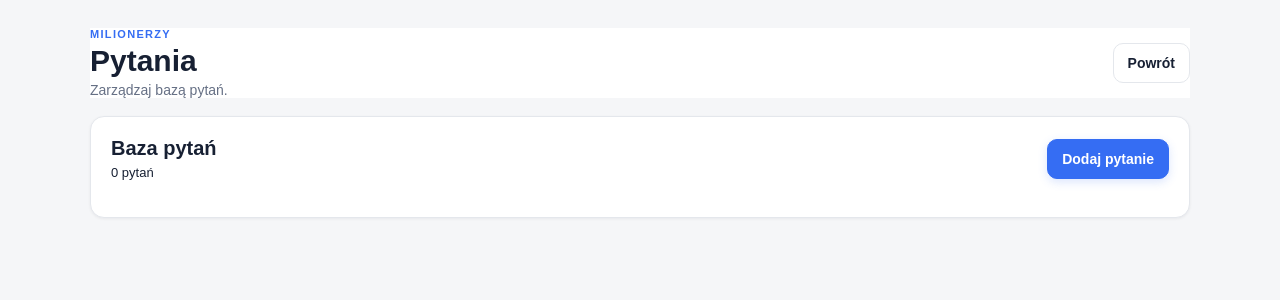
Repository: WaleonGames/HTGMilionerzy
Page: views/questions.html
An editor plug-in stored every save of this project. The page is shown before and after the next save, followed by the edit.
The browser window is 1280 px wide. The pictures show the whole page.

Above is the page before, as saved 2026-09-05 15:44:51.
Console error: TypeError: Cannot read properties of undefined (reading 'questions')

After the next save:
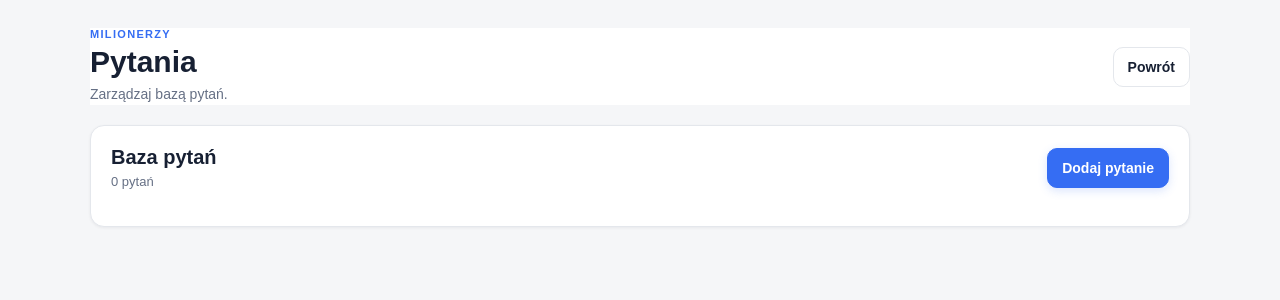
Saved 62 s later.
--- a/views/questions.html
+++ b/views/questions.html
@@ -3,28 +3,30 @@
 <head>
   <meta charset="UTF-8">
   <meta name="viewport" content="width=device-width,initial-scale=1.0">
+
   <title>Milionerzy - Pytania</title>
+
   <link rel="stylesheet" href="../public/css/style.css">
   <link rel="stylesheet" href="../public/css/design.css">
 </head>
 <body>
-  <main class="questions-page">
-    <header class="questions-header">
-      <div>
-        <span class="eyebrow">
-          MILIONERZY
-        </span>
-
-        <h1>Pytania</h1>
-
-        <p>
+  <main class="page">
+    <header class="page-header">
+      <div class="page-header-main">
+        <span class="eyebrow">MILIONERZY</span>
+
+        <h1 class="page-title">
+          Pytania
+        </h1>
+
+        <p class="page-description">
           Zarządzaj bazą pytań.
         </p>
       </div>
 
       <button
         id="backButton"
-        class="back-button"
+        class="button button-secondary"
         type="button"
       >
         Powrót
@@ -32,18 +34,21 @@
     </header>
 
     <section class="panel">
-      <div class="list-header">
+      <div class="panel-header">
         <div>
           <h2>Baza pytań</h2>
 
-          <span id="questionsCount">
+          <span
+            id="questionsCount"
+            class="muted"
+          >
             0 pytań
           </span>
         </div>
 
         <button
           id="addQuestionButton"
-          class="primary-button"
+          class="button button-primary"
           type="button"
         >
           Dodaj pytanie
@@ -52,7 +57,7 @@
 
       <div
         id="questionsList"
-        class="questions-list"
+        class="list"
       ></div>
     </section>
   </main>
@@ -81,7 +86,7 @@
 
         <button
           id="closeModalButton"
-          class="modal-close"
+          class="button button-secondary modal-close"
           type="button"
           aria-label="Zamknij"
         >
@@ -90,7 +95,7 @@
       </div>
 
       <form id="questionForm">
-        <div class="field">
+        <div class="form-field">
           <label for="questionInput">
             Treść pytania
           </label>
@@ -103,9 +108,11 @@
           ></textarea>
         </div>
 
-        <div class="answers-grid">
-          <label class="answer-field">
-            <span>A</span>
+        <div class="form-grid">
+          <label class="input-group">
+            <span class="input-group-label">
+              A
+            </span>
 
             <input
               id="answerA"
@@ -115,8 +122,10 @@
             >
           </label>
 
-          <label class="answer-field">
-            <span>B</span>
+          <label class="input-group">
+            <span class="input-group-label">
+              B
+            </span>
 
             <input
               id="answerB"
@@ -126,8 +135,10 @@
             >
           </label>
 
-          <label class="answer-field">
-            <span>C</span>
+          <label class="input-group">
+            <span class="input-group-label">
+              C
+            </span>
 
             <input
               id="answerC"
@@ -137,8 +148,10 @@
             >
           </label>
 
-          <label class="answer-field">
-            <span>D</span>
+          <label class="input-group">
+            <span class="input-group-label">
+              D
+            </span>
 
             <input
               id="answerD"
@@ -149,7 +162,7 @@
           </label>
         </div>
 
-        <div class="field">
+        <div class="form-field">
           <label for="correctAnswer">
             Poprawna odpowiedź
           </label>
@@ -180,17 +193,17 @@
           </select>
         </div>
 
-        <div class="modal-actions">
+        <div class="form-actions">
           <button
             id="cancelModalButton"
-            class="secondary-button"
+            class="button button-secondary"
             type="button"
           >
             Anuluj
           </button>
 
           <button
-            class="primary-button"
+            class="button button-primary"
             type="submit"
           >
             Dodaj pytanie
